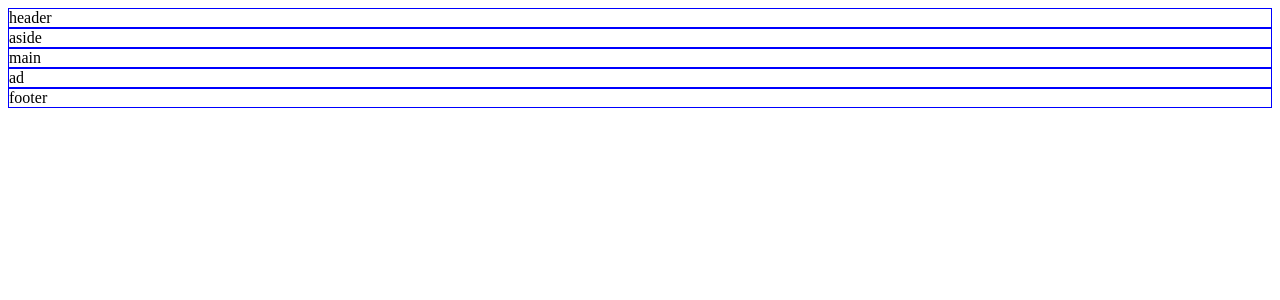
Repository: Lixianlai-2/Css-practice
Page: grid布局/template-area/index.html
These files come from the project's save history. The page is drawn as it stood at one moment and after the next save; the edit follows.
The browser window is 1280 px wide. The pictures show the whole page.

Above is the page before, as saved 2021-12-05 10:40:31.

### grid布局/template-area/index.html
<!DOCTYPE html>
<html lang="en">
  <head>
    <meta charset="UTF-8" />
    <meta http-equiv="X-UA-Compatible" content="IE=edge" />
    <meta name="viewport" content="width=device-width, initial-scale=1.0" />
    <title>Document</title>
    <link rel="stylesheet" href="style.css" />
  </head>
  <body>
    <div class="container">
      <header>header</header>
      <aside>aside</aside>
      <main>main</main>
      <div class="ad">ad</div>
      <footer>footer</footer>
    </div>
  </body>
</html>

### grid布局/template-area/style.css
.container {
  display: grid;
}

.container > * {
  border: 1px solid blue;
}

After the next save:
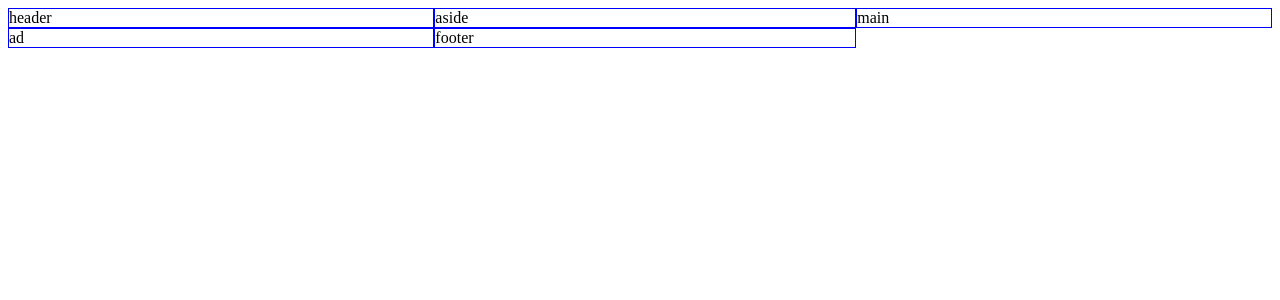
Saved 71 s later.
--- a/grid布局/template-area/style.css
+++ b/grid布局/template-area/style.css
@@ -1,5 +1,9 @@
 .container {
   display: grid;
+  grid-template-areas:
+    "header header header"
+    "aside main ad"
+    "footer footer footer";
 }
 
 .container > * {
